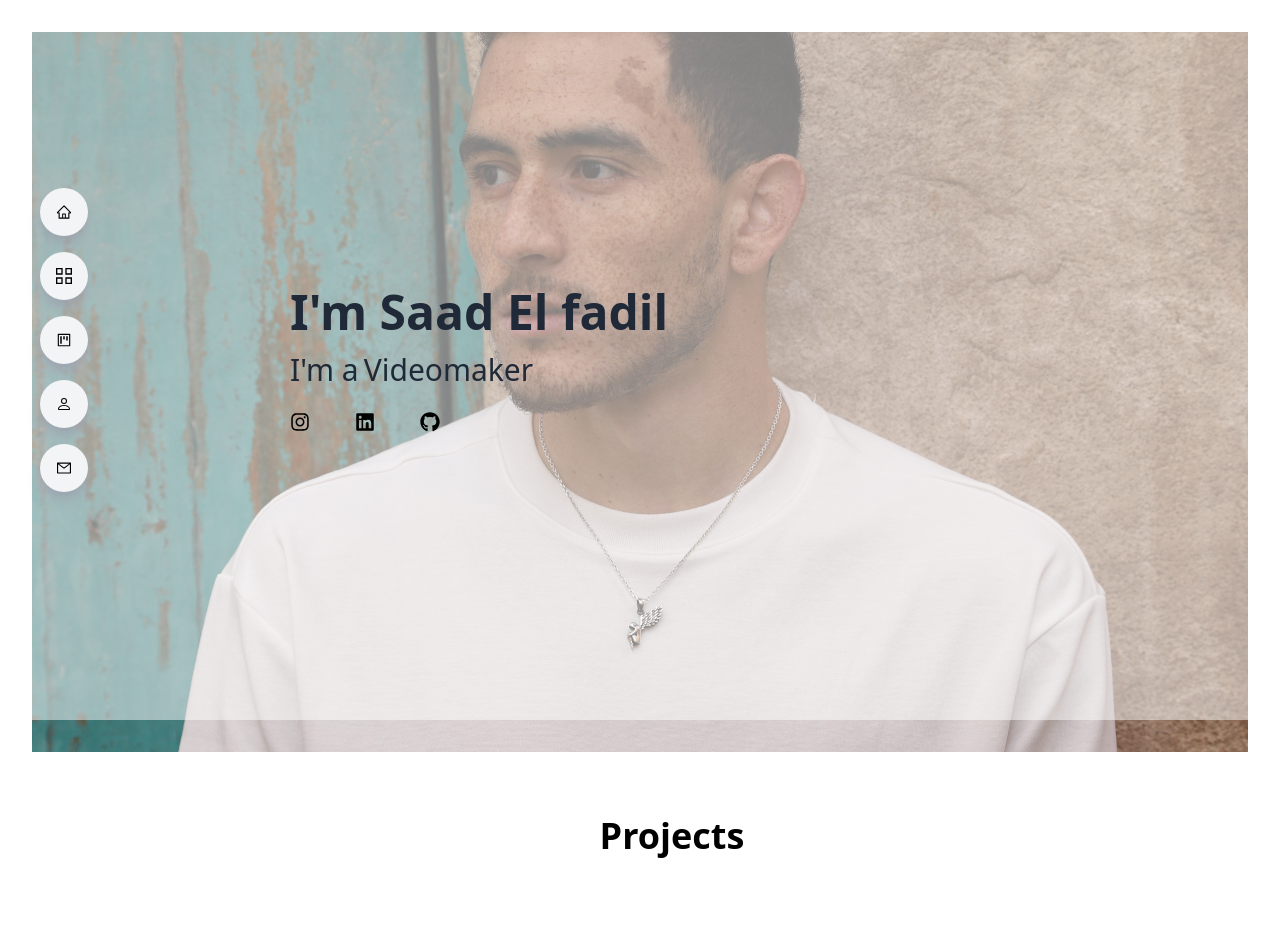
Repository: Saadelfadil/saadelfadil.github.io
Page: /
The author's editor kept a copy of each file at every save. The page is drawn from the files as they stood at one save, then again after a run of saves.
The browser window is 1280 px wide. The pictures show the whole page.
The project was rebuilt for these pictures with package versions that can differ from the ones it lists, and the page was loaded fresh each time. Also part of the build but not shown: vite.config.js, src/components/ProjectItem.jsx.

Above is the page before, as saved 2023-02-26 17:49:04.

After the next 4 saves:
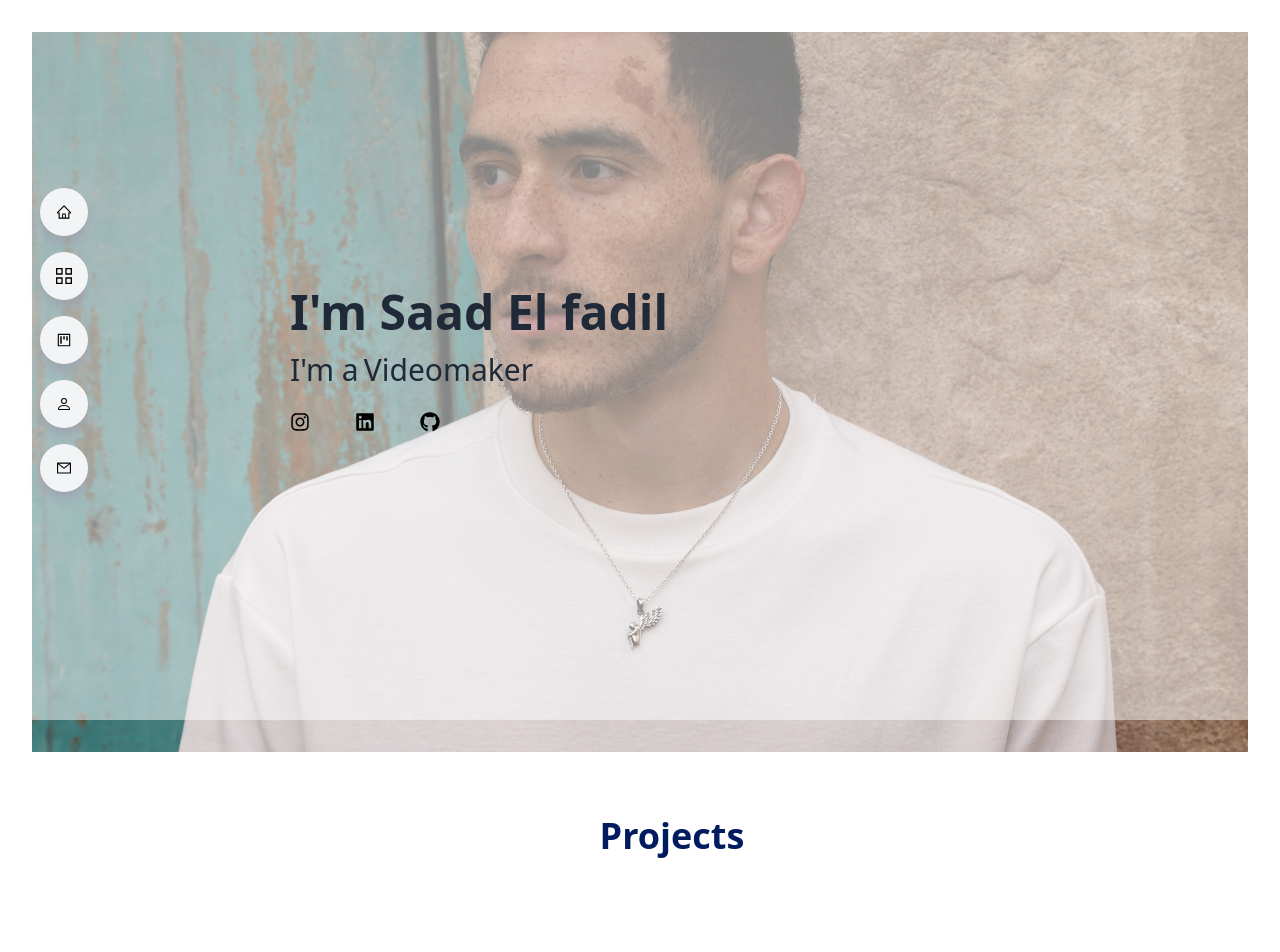
The 4 saves are shown as one change because they came seconds apart.
The last was saved 15 s later.
--- a/src/components/Projects.jsx
+++ b/src/components/Projects.jsx
@@ -5,7 +5,7 @@ import img from "../assets/saadelfadil.jpg";
 const Projects = () => {
   return (
     <div id="projects" className="max-w-[1028px] m-auto md:pl-20 p-4 py-16">
-        <h1 className="text-4xl font-bold text-center ">Projects</h1>
+        <h1 className="text-4xl font-bold text-center text-[#001b5e] ">Projects</h1>
         {/* <ProjectItem /> */}
     </div>
   )
